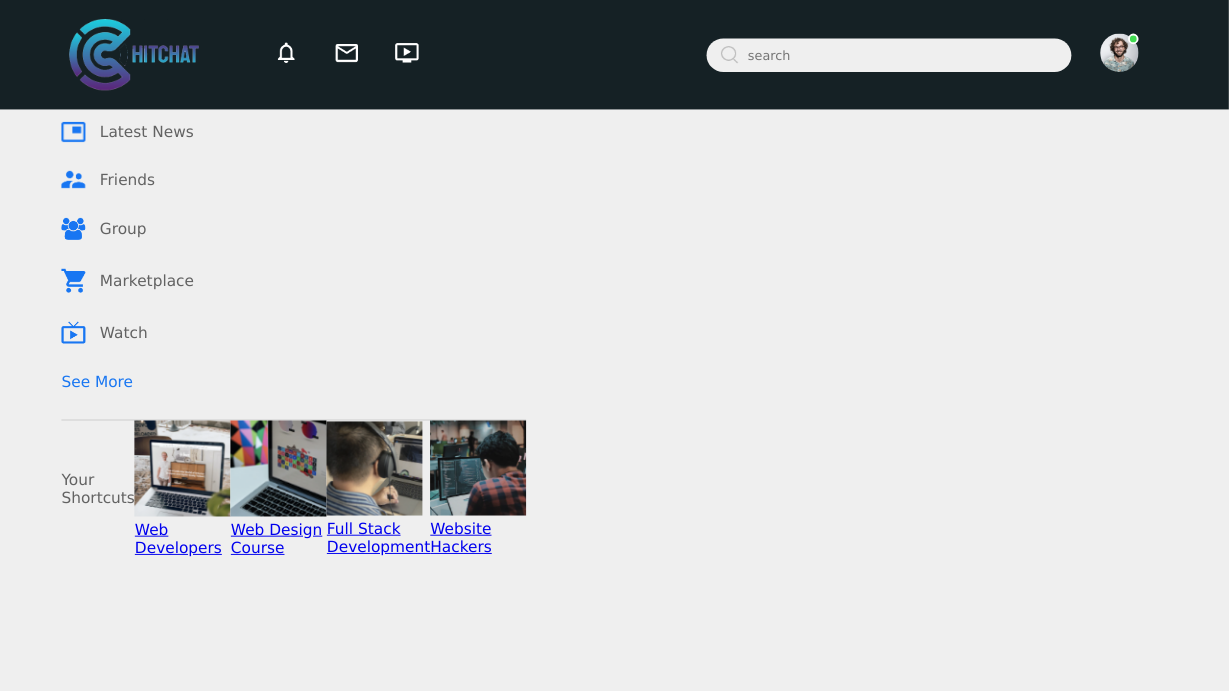
Repository: omarhasnain/ChitChat
Page: index.html
An editor plug-in stored every save of this project. The page is shown before and after the next save, followed by the edit.
The browser window is 1280 px wide. The pictures show the whole page, at 96% of full size.

Above is the page before, as saved 2021-07-11 16:33:13.

### index.html
<!DOCTYPE html>
<html lang="en">

<head>
    <meta charset="UTF-8">
    <meta http-equiv="X-UA-Compatible" content="IE=edge">
    <meta name="viewport" content="width=device-width, initial-scale=1.0">
    <title>ChitChat</title>
    <link rel="stylesheet" href="style.css">
</head>

<body>
    <nav>
        <div class="nav-left">
            <img src="images/logo4.png" alt="logo" class="logo">
            <ul>
                <li><img src="images/notification.png" alt="" class=""></li>
                <li><img src="images/inbox.png" alt="" class=""></li>
                <li><img src="images/video.png" alt="" class=""></li>
            </ul>
        </div>
        <div class="nav-right">
            <div class="search-box">
                <img src="images/search.png" alt="">
                <input type="text" placeholder="search">
            </div>
            <div class="nav-user-icon online">
                <img src="images/profile-pic.png" alt="">
            </div>
        </div>
    </nav>
    <div class="container">
        <!---- Left sidebar --->
        <div class="left-sidebar">
            <div class="important-links">
                <a href="#"><img src="images/news.png" alt="news">Latest News</a>
                <a href="#"><img src="images/friends.png">Friends</a>
                <a href="#"><img src="images/group.png">Group</a>
                <a href="#"><img src="images/marketplace.png">Marketplace</a>
                <a href="#"><img src="images/watch.png">Watch</a>
                <a href="#">See More</a>
            </div>
            <div class="shortcut-links">
                <p>Your Shortcuts</p>
                <a href="#"><img src="images/shortcut-1.png" alt="">Web Developers</a>
                <a href="#"><img src="images/shortcut-2.png" alt="">Web Design Course</a>
                <a href="#"><img src="images/shortcut-3.png" alt="">Full Stack Development</a>
                <a href="#"><img src="images/shortcut-4.png" alt="">Website Hackers</a>
            </div>
        </div>
        <!---- Main Content --->
        <div class="main-content"></div>
        <!---- Right sidebar --->
        <div class="right-sidebar"></div>
    </div>
</body>

</html>

### style.css
* {
    margin: 0;
    padding: 0;
    font-family: Verdana;
}

body {
    background-color: #efefef;
}

nav {
    display: flex;
    align-items: center;
    justify-content: space-between;
    background: rgb(21, 33, 37);
    padding: 5px 5%;
    position: sticky;
    top: 0;
    z-index: 100;
}

.logo {
    width: 160px;
    margin-right: 45px;
}

.nav-left,
.nav-right {
    display: flex;
    align-items: center;
}

.nav-left ul li {
    list-style: none;
    display: inline-block;
}

.nav-left ul li img {
    width: 28px;
    margin: 0 15px;
    cursor: pointer;
}

.nav-user-icon img {
    width: 40px;
    border-radius: 50%;
    cursor: pointer;
}

.nav-user-icon {
    margin: 30px;
}

.search-box {
    background: #efefef;
    width: 350px;
    border-radius: 20px;
    display: flex;
    align-items: center;
    padding: 0 15px;
}

.search-box img {
    width: 18px;
    cursor: pointer;
}

.search-box input {
    background: transparent;
    width: 100%;
    border: 0;
    display: flex;
    align-items: center;
    padding: 10px;
    outline: none;
}

.online {
    position: relative;
}

.online::after {
    content: '';
    width: 7px;
    height: 7px;
    border: 2px solid #fff;
    border-radius: 50%;
    background: #41db51;
    position: absolute;
    top: 0;
    right: 0;
}

.container {
    display: flex;
    justify-content: space-between;
    padding: 13px 5%;
}

.left-sidebar {
    flex-basis: 25%;
    position: sticky;
    top: 70px;
    align-self: flex-start;
}

.right-sidebar {
    flex-basis: 25%;
    position: sticky;
    top: 70px;
    align-self: flex-start;
}

.main-content {
    flex-basis: 47%;
}

.important-links a,
.shortcut-links {
    text-decoration: none;
    display: flex;
    align-items: center;
    margin-bottom: 30px;
    color: #626262;
    width: fit-content;
}

.important-links a img {
    width: 25px;
    margin-right: 15px;
}

.important-links a:last-child {
    color: #1876f2;
}

.important-links {
    border-bottom: 1px solid #ccc;
}

After the next save:
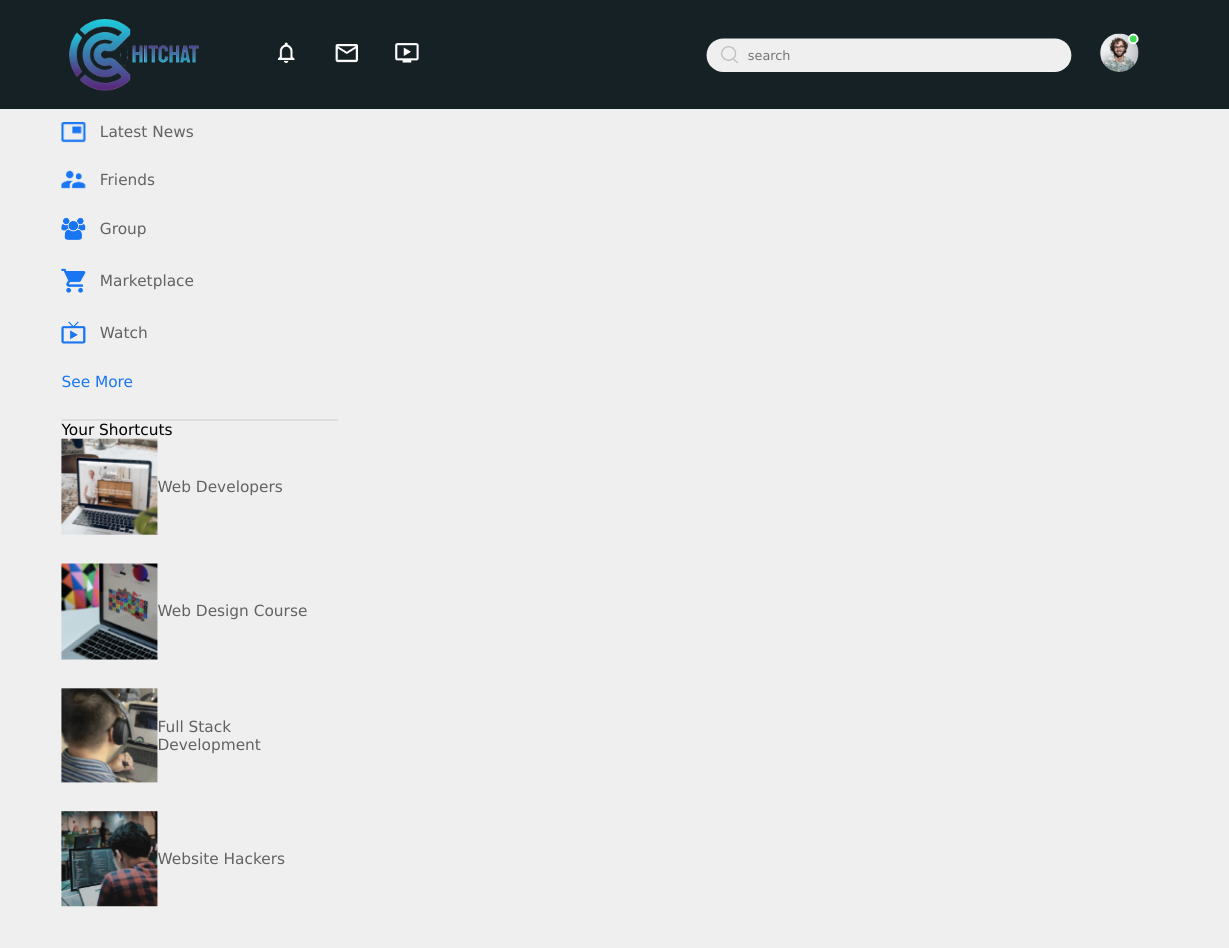
Saved 7 s later.
--- a/style.css
+++ b/style.css
@@ -116,7 +116,7 @@
 }
 
 .important-links a,
-.shortcut-links {
+.shortcut-links a {
     text-decoration: none;
     display: flex;
     align-items: center;
